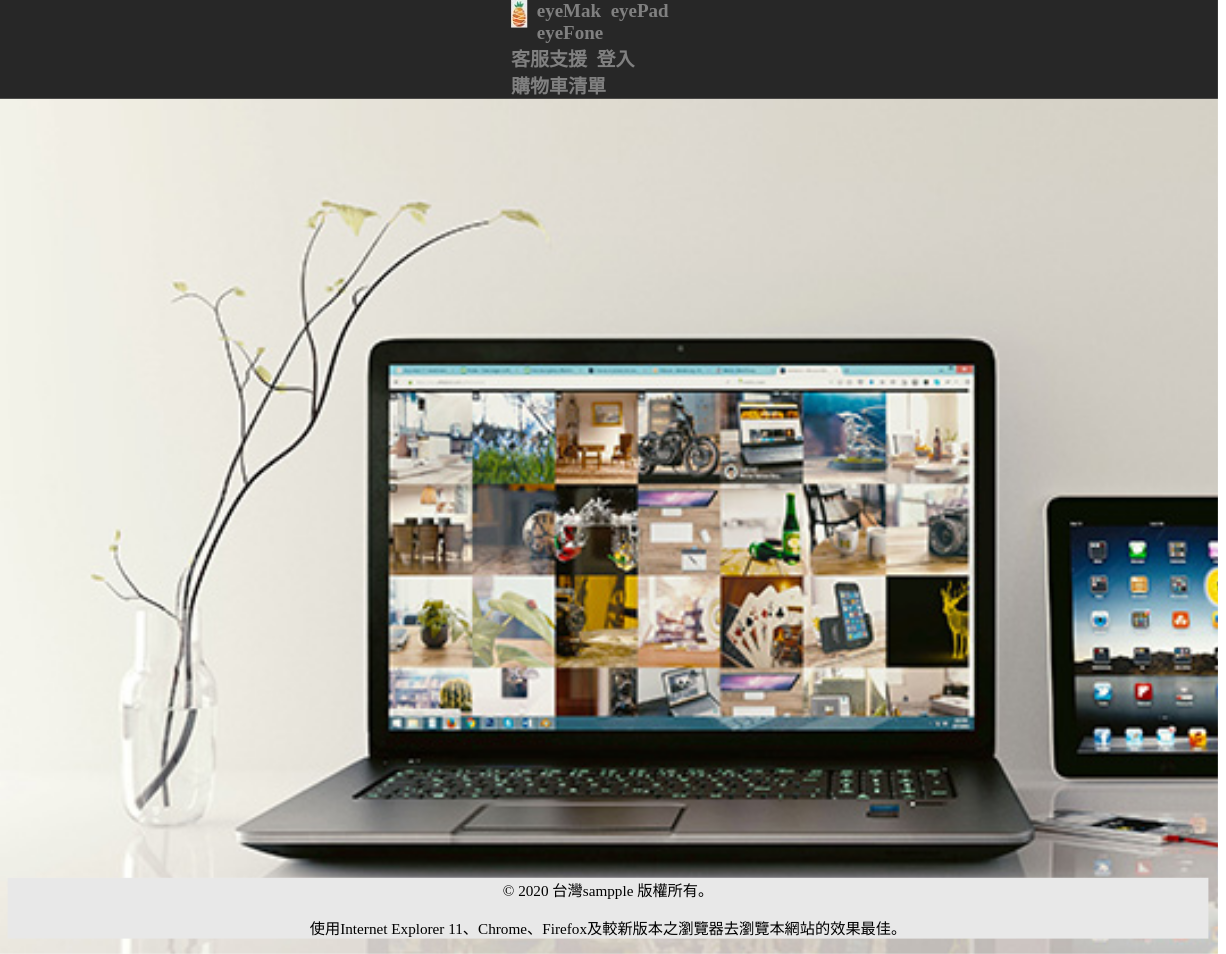
Repository: Vincent4142/NewFinalProject
Page: http://localhost/FinalProject/
These files come from the project's save history. The page is drawn as it stood at one moment and after the next save; the edit follows.
The browser window is 1280 px wide. The page is 1282 px wide, then 1290 px, so the pictures cover 1290 px, including what lies to the right of the window. The pictures show the whole page, at 95% of full size.
The page is served by Tomcat 9. Other server files are loaded and not shown.

Above is the page before, as saved 2020-04-09 06:20:27.

### FinalProject/WebContent/index.jsp
<%@ page language="java" contentType="text/html; charset=UTF-8"
	pageEncoding="UTF-8"%>

<!DOCTYPE html>
<html>
<head>
<meta charset="UTF-8">
<title>index</title>
<style type="text/css">
body {
	background-image: url(img/indexbackground.jpg);
	background-repeat: no-repeat;
	background-size: cover;
}
#content{
	height: 700px;
}

</style>
</head>
<body>

	<%@ include file="fragment/indexTOP.jsp"%>


	<div id="content">

	</div>




	<%@ include file="fragment/indexBOTTOM.jsp"%>
</body>
</html>

### FinalProject/WebContent/fragment/indexTOP.jsp
<%@ page language="java" contentType="text/html; charset=UTF-8"
	pageEncoding="UTF-8"%>
<!DOCTYPE html>
<html>
<head>
<meta charset="UTF-8">
<title>indexTOP</title>

<style type="text/css">
.nav {
	padding-left:500px;
	padding-right:500px;
	margin-top: -20px;
	margin-left: -10px;
	margin-right: -10px;
	background-color: #272727;
}
/* 主UL */
.navul {

	list-style-type: none;
	font-weight: bolder;
	font-size: 20px;
	overflow: auto;
}

.navul li {
	border-radius: 5px;
	margin-left: 0px;
	margin-right: 10px;
	float: left;
	display: block;
	position: static;
}

.navul li a {
	text-decoration: none;
	color: gray;
}

.navul li a:hover {
	color: white;
}

#navright {
	float: right;
}
</style>

</head>
<body>

	<nav class="nav" style="text-align: center;">

		<ul class="navul">
			<li><a href="index.jsp"><img alt="logo" src="img/pineapple.jpg"></a></li>
			<li><a href="eyeMakPage.jsp">eyeMak</a></li>
			<li><a href="eyePadPage.jsp">eyePad</a></li>
			<li><a href="eyeFonePage.jsp">eyeFone</a></li>

			<div id="navright">
				<li><a href="customerServicePage.jsp">客服支援</a></li>
				<li><a href="LoginPage.jsp">登入</a></li>
				<li><a href="shoppingcartPage.jsp">購物車清單</a></li>
			</div>
		</ul>

	</nav>

</body>
</html>

### FinalProject/WebContent/fragment/indexBOTTOM.jsp
<%@ page language="java" contentType="text/html; charset=UTF-8"
    pageEncoding="UTF-8"%>
<!DOCTYPE html>
<html>
<head>
<meta charset="UTF-8">
<title>indexBOTTOM</title>

<style type="text/css">

	#bottom{
		background-color:#E8E8E8;
		text-align: center;
		margin-top: 100px;
	}

</style>

</head>
<body>
	<div id="bottom">
		<p>© 2020 台灣sampple 版權所有。</p>

		<p>使用Internet Explorer 11、Chrome、Firefox及較新版本之瀏覽器去瀏覽本網站的效果最佳。</p>
	</div>
</body>
</html>

After the next save:
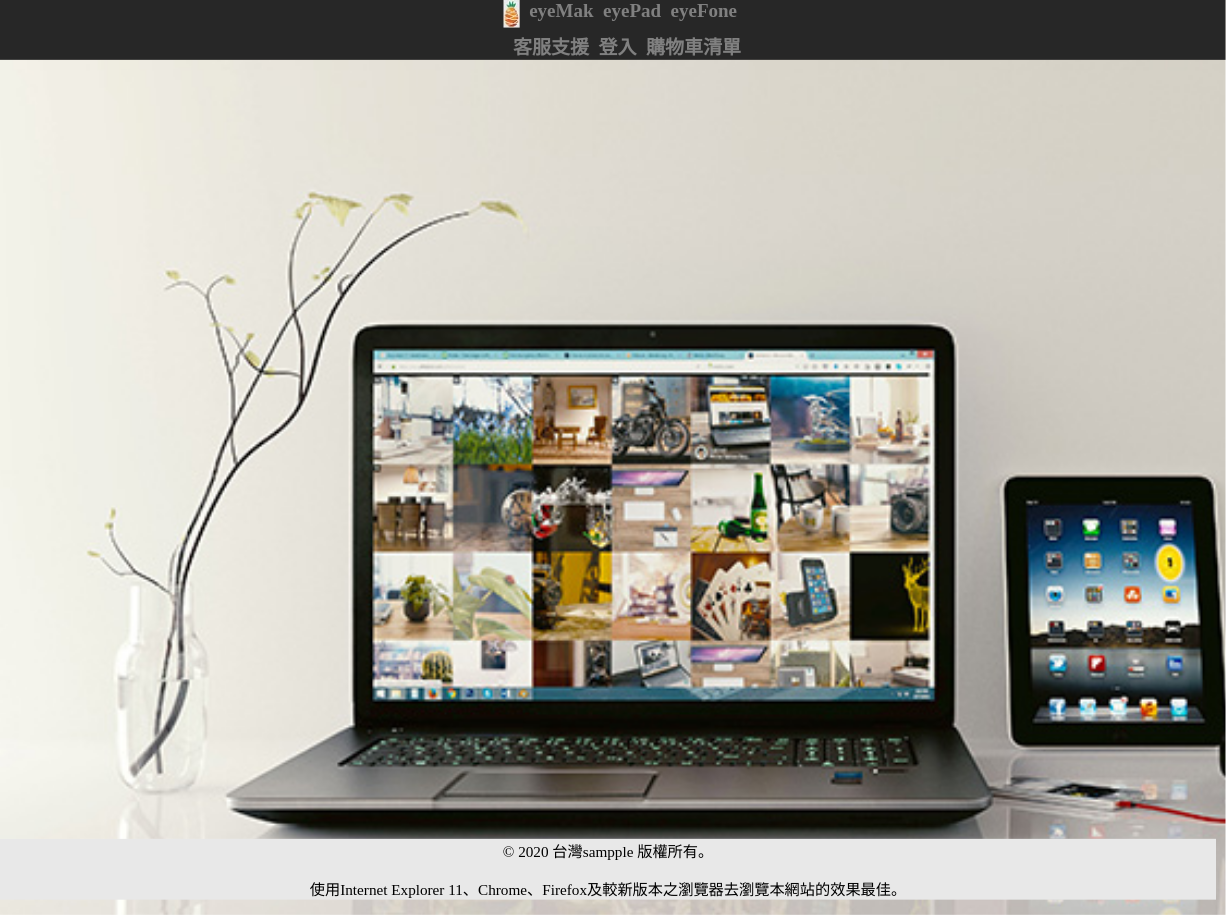
Saved 54 s later.
--- a/FinalProject/WebContent/index.jsp
+++ b/FinalProject/WebContent/index.jsp
@@ -11,6 +11,8 @@
 	background-image: url(img/indexbackground.jpg);
 	background-repeat: no-repeat;
 	background-size: cover;
+	margin: 0px;
+	padding: 0px;
 }
 #content{
 	height: 700px;
